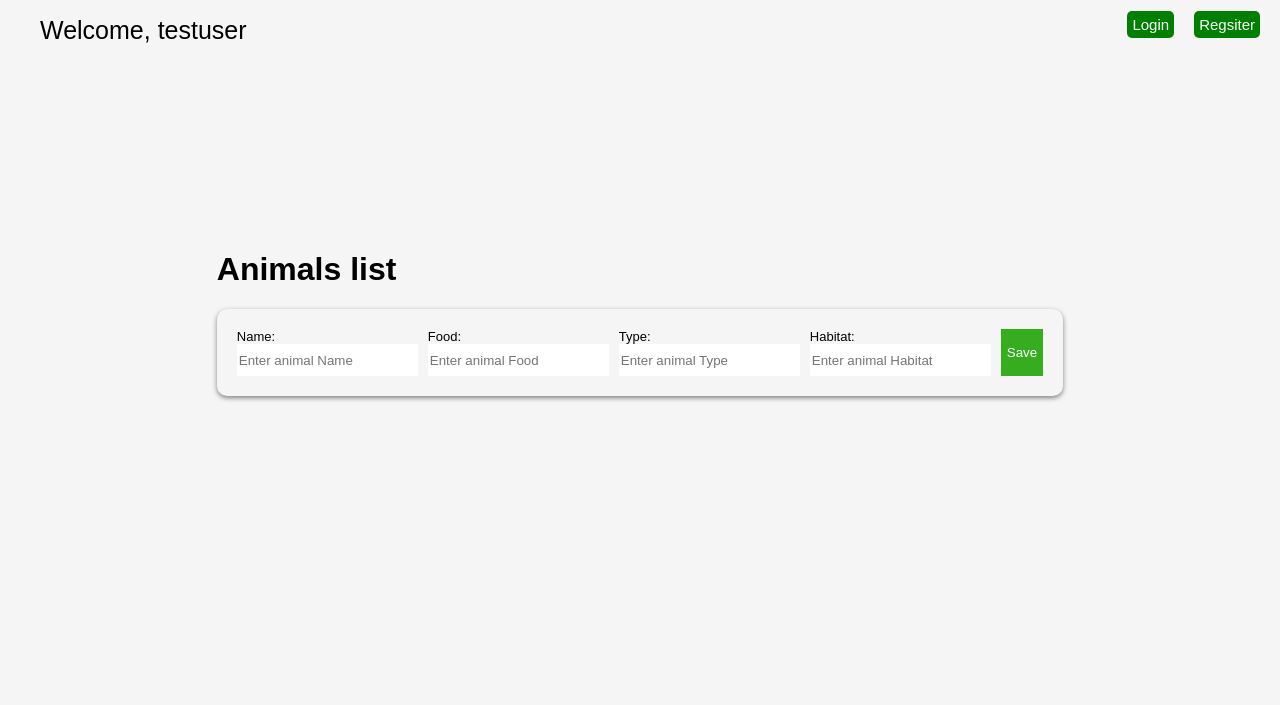
Repository: Dennis-star1001/PHP-CRUD
Page: http://localhost/
The author's editor kept a copy of each file at every save. The page is drawn from the files as they stood at one save, then again after the next save.
The browser window is 1280 px wide. The pictures show the whole page.
The page is run by PHP 8.4 with error messages shown; the project is at /var/www/html/. The session is filled in as if someone had signed in: {"id": 1, "username": "testuser"}. Queries for data that is not in the repository find no rows.

Above is the page before, as saved 2022-07-06 20:10:54.

After the next save:
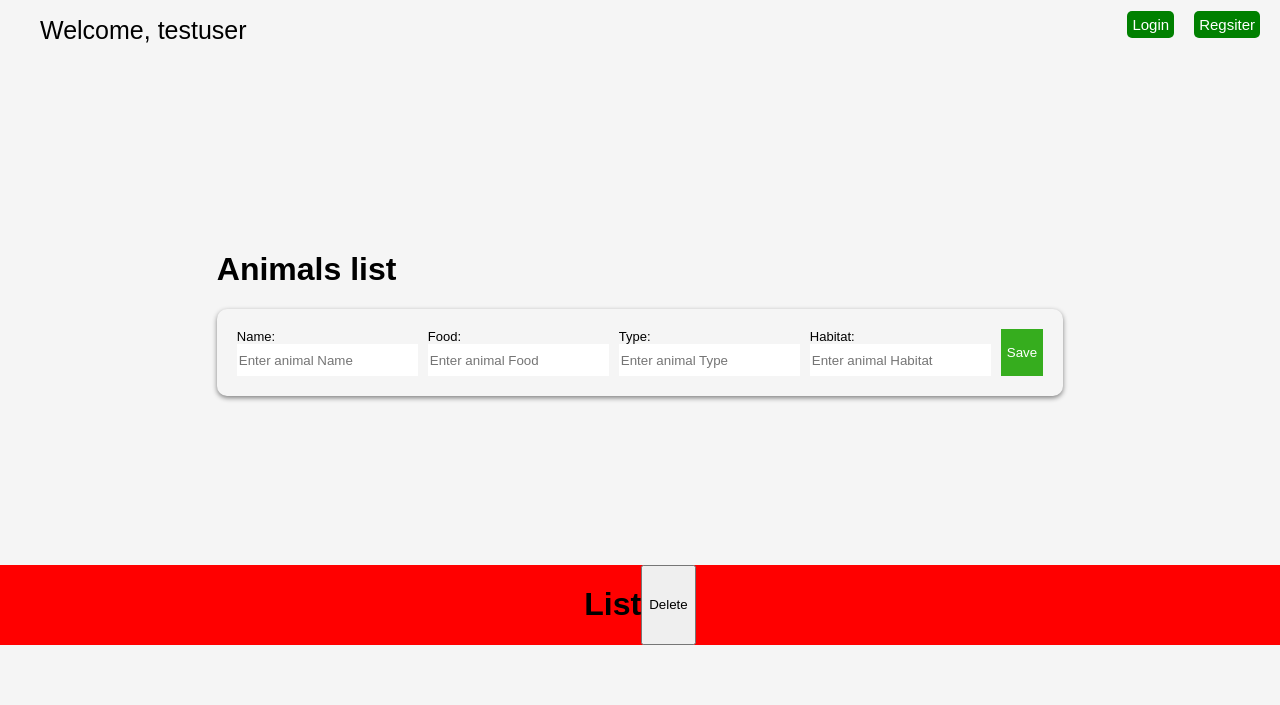
Saved 8 s later.
--- a/index.php
+++ b/index.php
@@ -101,6 +101,10 @@
             ?>
         </div>
     </div>
+    <div class="animal-output">
+                <h1>List</h1>
+                <button>Delete</button>
+            </div>
 </body>
 
 </html>

After the 2 saves that followed:
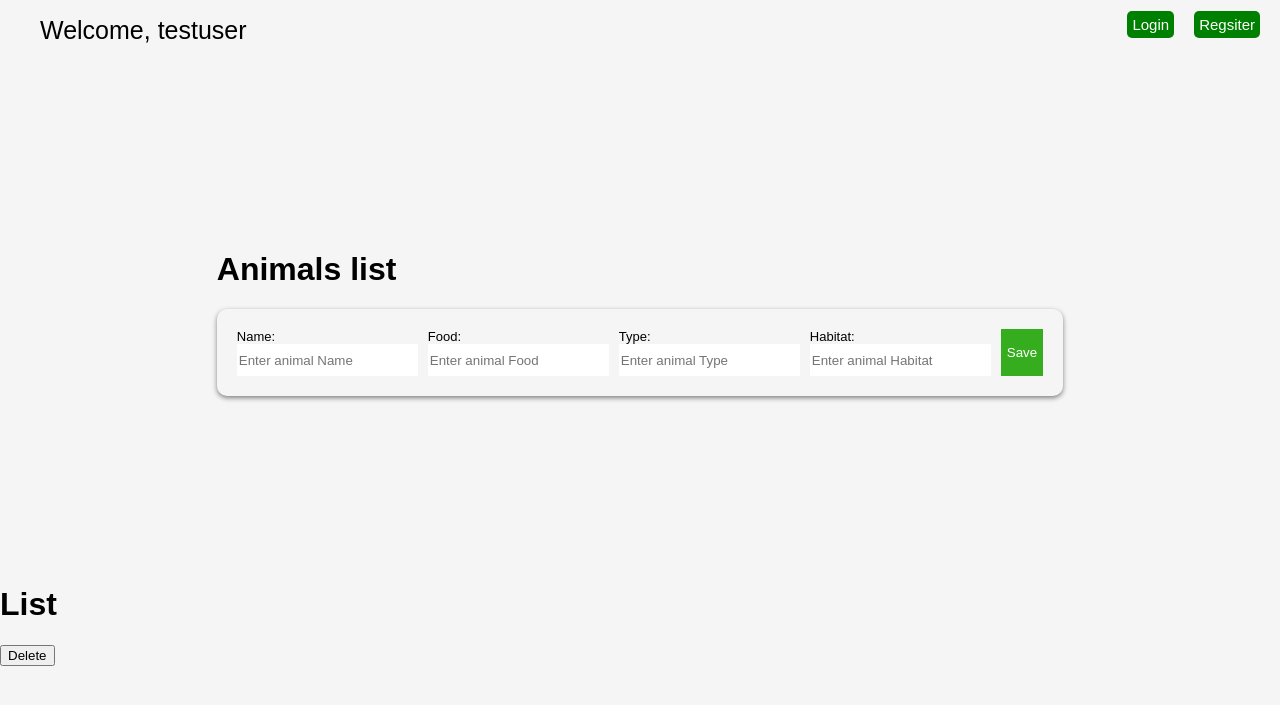
The 2 saves are shown as one change because 1 left the picture as it was.
The last was saved 21 s later.
--- a/index.php
+++ b/index.php
@@ -101,10 +101,10 @@
             ?>
         </div>
     </div>
-    <div class="animal-output">
-                <h1>List</h1>
-                <button>Delete</button>
-            </div>
+    <div class="output">
+        <h1>List</h1>
+        <button>Delete</button>
+    </div>
 </body>
 
 </html>
